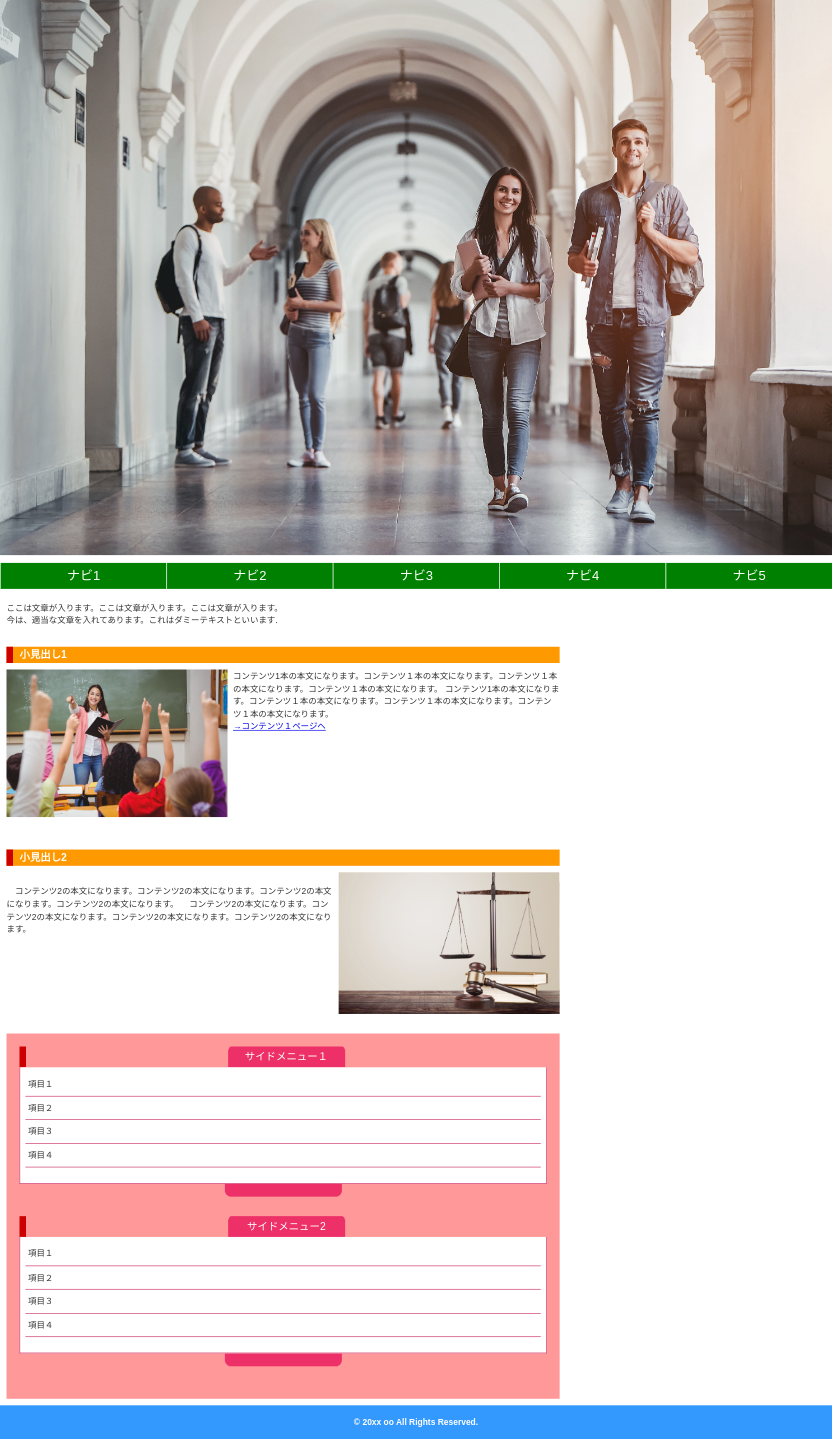
Repository: Take080631/samurai_HTML-CSS
Page: home.html
The author's editor kept a record of every edit. The page is drawn from the files as they stood at one moment, then again after the next edit.
The browser window is 1280 px wide. The pictures show the whole page, at 65% of full size.

Above is the page before.

### home.html
<!DOCTYPE html>
<html lang="ja">
    <head>
        <meta charset="UTF-8">
        <title>HTML/CSSの学習</title>
        <link rel="stylesheet" href="stylesheet.css">
    </head>
    <body>
        <div id="header">
            <h1><a href="index.html"><img id="corridor" src="images/corridor.jpg" alt="大学の廊下"/></a></h1>
        </div>
        <div id="wrapper">
            <div id="nav">
                <ul>
                    <li><a href="home.html">ナビ1</a></li>
                    <li><a href="#">ナビ2</a></li>
                    <li><a href="#">ナビ3</a></li>
                    <li><a href="#">ナビ4</a></li>
                    <li><a href="#">ナビ5</a></li>
                </ul>
            </div>
        </div>
         <div id="container">
             <div id="main">
                 <div class="post">
                     <p>ここは文章が入ります。ここは文章が入ります。ここは文章が入ります。<br />今は、適当な文章を入れてあります。これはダミーテキストといいます.</p>
                 </div>
               <div class="post clearfix">
                   <h2>小見出し1</h2>
                   <img class="left" src="images/classroom.jpg" alt="授業風景"/>
                   <p>
                       コンテンツ1本の本文になります。コンテンツ１本の本文になります。コンテンツ１本の本文になります。コンテンツ１本の本文になります。
                       コンテンツ1本の本文になります。コンテンツ１本の本文になります。コンテンツ１本の本文になります。コンテンツ１本の本文になります。
                   </p>
                   <p><a href="#">→コンテンツ１ページへ</a></p>
                  </div>
                  <div>
                　<div class="post clearfix">
                     <h2>小見出し2</h2>
                　　　<img class="right" src="images/scale.jpg" alt="天秤"/>
                    　<p>
                          　コンテンツ2の本文になります。コンテンツ2の本文になります。コンテンツ2の本文になります。コンテンツ2の本文になります。
                          　コンテンツ2の本文になります。コンテンツ2の本文になります。コンテンツ2の本文になります。コンテンツ2の本文になります。
                          　</p>
                      </div>
                  </div>
                  <div id="side">
                      <div class="box">
                          <h2>サイドメニュー１</h2>
                          <div class="boxBody">
                              <ul>
                                  <li>項目１</li>
                                  <li>項目２</li>
                                  <li>項目３</li>
                                  <li>項目４</li>
                              </ul>
                          </div>
                      </div>
                      <div class="box">
                          <h2>サイドメニュー2</h2>
                          <div class="boxBody">
                              <ul>
                                  <li>項目１</li>
                                  <li>項目２</li>
                                  <li>項目３</li>
                                  <li>項目４</li>
                              </ul>
                          </div>
                      </div>
                   </div>
             </div>
         </div>
        <div id="footer">
            <p>&copy; 20xx oo All Rights Reserved.</p>
        </div>
    </body>
</html>

### stylesheet.css
@charset "utf-8";

body {
	margin: 0;
	padding: 0;
	font-family: "ヒラギノ角ゴ Pro W3", "Hiragino Kaku Gothic Pro", "メイリオ", Meiryo, Osaka, "ＭＳ Ｐゴシック", "MS PGothic", sans-serif;
	color: #333;
	font-size: 13px;
	line-height: 150%;
}

/* -------------------- wrapper -------------------- */
#wrapper {
	width: 100%;
	margin: auto;
	padding: 0px;
	border: 0px;
	background-color: #FFF;
	top: 10px;
	position: relative;
}

/* -------------------- header -------------------- */
#header {
	width: 100%;
}
#header h1 {
	margin: 0;
	padding: 0;
}

#corridor {
	width: 100%;
	height: auto;
}

/* -------------------- footer -------------------- */
#footer {
	clear: both;
	width: 100%;
	padding: 3px 0 3px 0;
	background: #39F;
	color: #FFF;
	font-weight: bold;
	text-align: center;
}

/* -------------------- nav -------------------- */
#nav {
	width: 100%;
}
#nav ul {
    display: flex;
	margin: 0;
	padding: 0;
	list-style-type: none;
}
#nav ul li {
	width: 20%;
	text-align: center;
}
#nav ul li a {
	display: block;
	height: 20px;
	margin: 0;
	padding: 10px;
	color: #FFF;
	font-size: 20px;
	text-decoration: none;
	background-color: green;
    border-left: 1px solid white;
}

#nav ul li a:hover {
	filter: drop-shadow(10px 10px 10px black);
}

/* -------------------- container -------------------- */
#container {
	width: 100%;
	margin: auto ;
	padding-top: 20px;
	clear: both;
	display: grid;
	grid-template-columns: 70vw 30vw;
}
/* -------------------- main -------------------- */
#main {
	width: 95%;
	padding: 10px 30px 10px 10px;
}
#main h2 {
	margin: 0 0 10px 0;
	padding: 3px 10px 3px 10px;
	color: #FFF;
	font-size: 16px;
	border-left: solid 10px #C00;
	background-color: #F90;
}
#main p {
	margin: 0;
	padding: 0;
}
#main .post {
	margin: 0 0 30px 0;
}

#main .post img.right {
	margin: 0 0 0 8px;
}
#main .post img.left {
	margin: 0 8px 0 0;
}

.right {
	float: right;
	width: 40%;
	height: auto;
}
.left {
	float: left;
	width: 40%;
	height: auto;
}

/* -------------------- clearfix -------------------- */
.clearfix {
	zoom: 1;
}
.clearfix:after{
	content: "";
	display: block;
	clear: both;
}

/* -------------------- side -------------------- */
#side {
+   width: 85%;
-	float: right;
-	width: 30%;
	padding: 20px;
	background-color: #F99;
}
#side .box {
	margin: 0 auto 30px auto;
	padding: 0 0 20px 0;
	background: url(images/side_box.png) bottom no-repeat;
}
#side .box h2 {
	margin: 0;
	padding: 8px;
	text-align: center;
	color: #fff;
	font-size: 16px;
	line-height: 16px;
	font-weight: normal;
	background: url(images/side_box_h2.png) center no-repeat;
}
#side .box .boxBody {
	padding: 8px;
	border-right: solid 1px #C36;
	border-bottom: solid 1px #C36;
	border-left: solid 1px #C36;
	background: #fff;
}
#side .box .boxBody ul {
	margin: 0 0 16px 0;
	padding: 0;
}
#side .box .boxBody ul li {
	padding: 8px 0 8px 4px;
	list-style: none;
	border-bottom: solid 1px #C36;
}

#side .box .boxBody ul li:hover {
	padding: 8px 0 8px 4px;
	list-style: none;
	border-bottom: solid 1px #C36;
	box-shadow: 0px 4px 4px rgba(0, 0, 0, 0.3);
}

After the next edit:
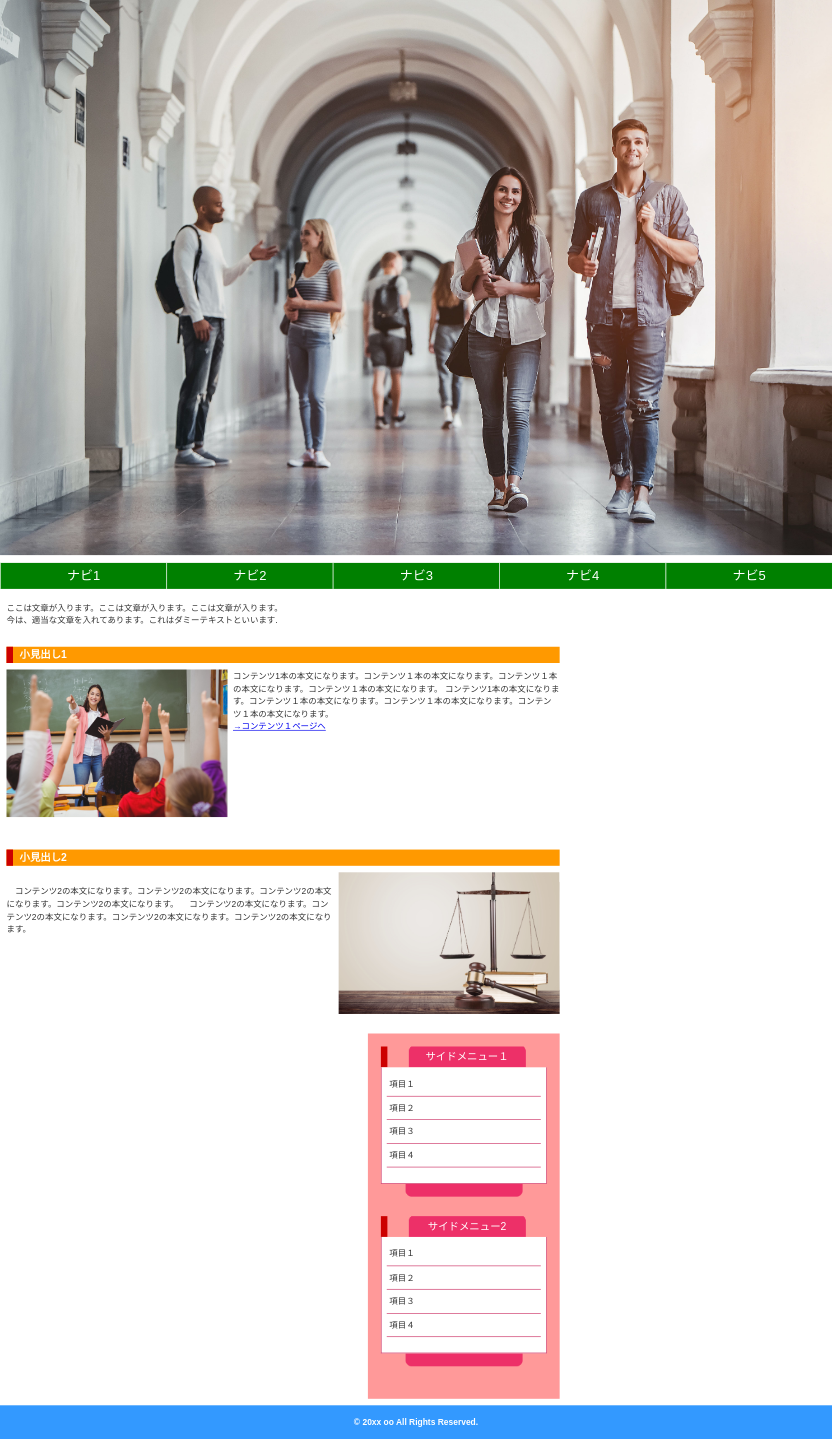
The edit:
--- a/stylesheet.css
+++ b/stylesheet.css
@@ -135,9 +135,8 @@
 
 /* -------------------- side -------------------- */
 #side {
-+   width: 85%;
--	float: right;
--	width: 30%;
+	width: 30%;
+	float: right;
 	padding: 20px;
 	background-color: #F99;
 }
